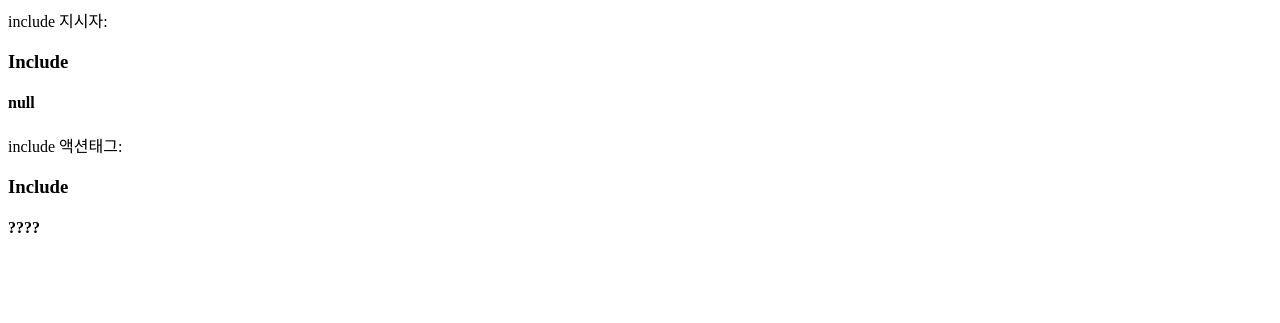
Repository: daehyuk1231/lect_labs_java
Page: http://localhost/java_web/forward.jsp
The author's editor kept a copy of each file at every save. The page is drawn from the files as they stood at one save, then again after the next save.
The browser window is 1280 px wide. The pictures show the whole page.
The page is served by Tomcat 10.

Above is the page before, as saved 2025-08-18 01:49:45.

After the next save:
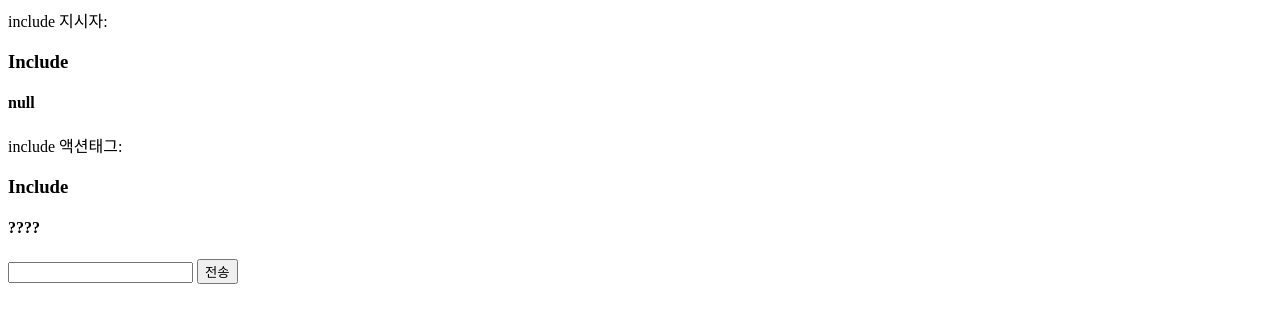
Saved 3 min 40 s later.
--- a/java_web/src/main/webapp/forward.jsp
+++ b/java_web/src/main/webapp/forward.jsp
@@ -18,5 +18,12 @@
 <jsp:include page="./include.jsp" flush="false">
 <jsp:param value="액션태그" name="msg"/>
 </jsp:include>
+<%-- 제어가 인쿨루드된 jsp로 넘어갔다가 온다. --%>
+
+<form name="frmForm" method="post" action="./forward2.jsp">
+        <input type="text" name="name">
+        <input type="hidden" name="url" value="./forward3.jsp">
+        <button type="submit"> 전송 </button>
+    </form>
 </body>
 </html>
